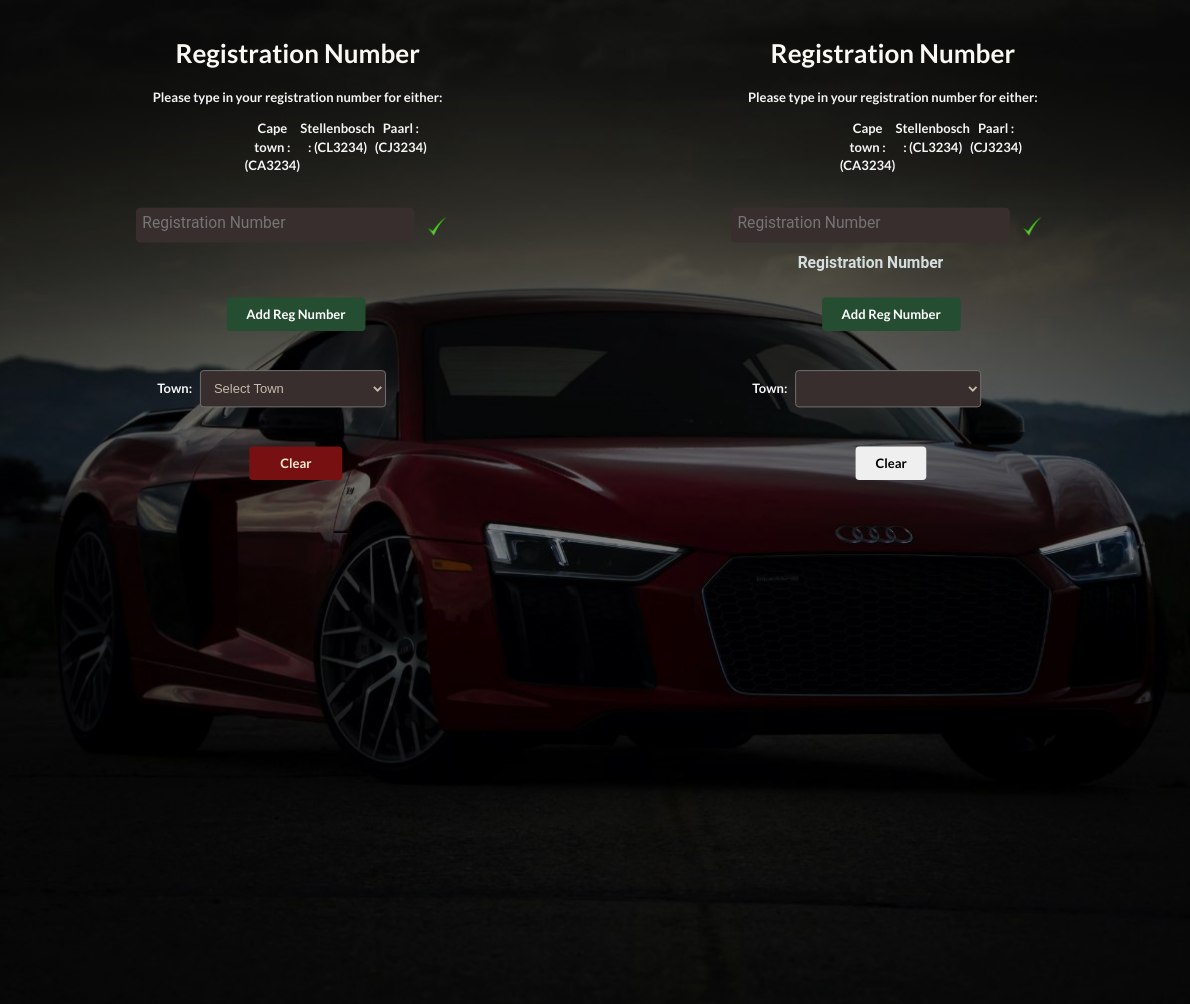
Repository: lasity34/Registration_number
Page: index.html
An editor plug-in stored every save of this project. The page is shown before and after the next save, followed by the edit.
The browser window is 1280 px wide. The pictures show the whole page, at 93% of full size.
Some web libraries are served in a nearby version.

Above is the page before, as saved 2023-05-08 12:10:00.
Console error: SyntaxError: Identifier 'regInstance' has already been declared

After the next save:
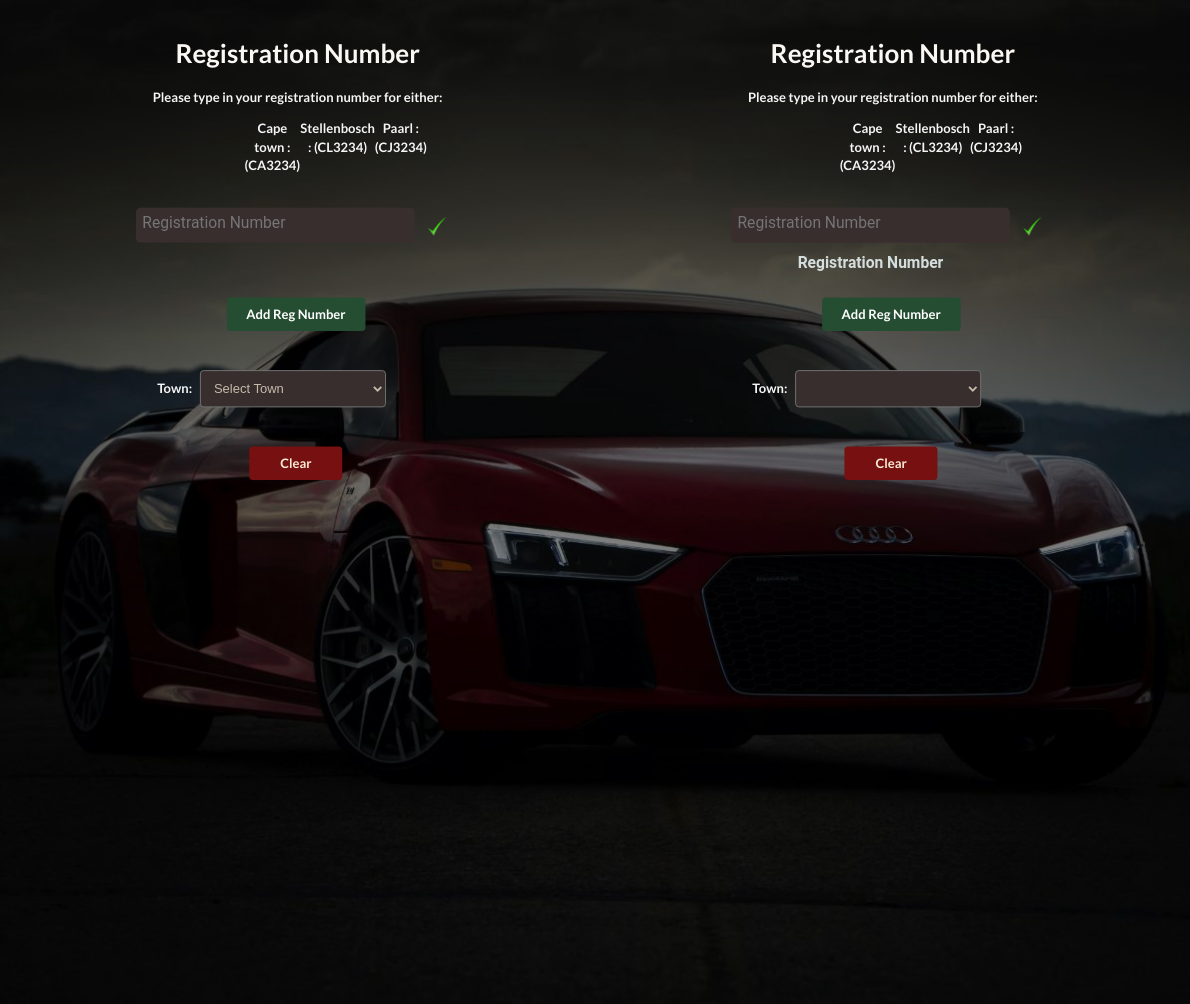
Saved 39 s later.
--- a/style.css
+++ b/style.css
@@ -132,13 +132,13 @@
   margin-bottom: 1em;
 }
 
-.clear_btn {
+.clear_btn, .clear_btn_temp {
   width: 100px;
   background-color: rgb(119, 16, 16);
   color: antiquewhite;
 }
 
-.clear_btn:hover {
+.clear_btn:hover, .clear_btn_temp:hover {
   background-color: rgb(174, 35, 35);
 }
 
